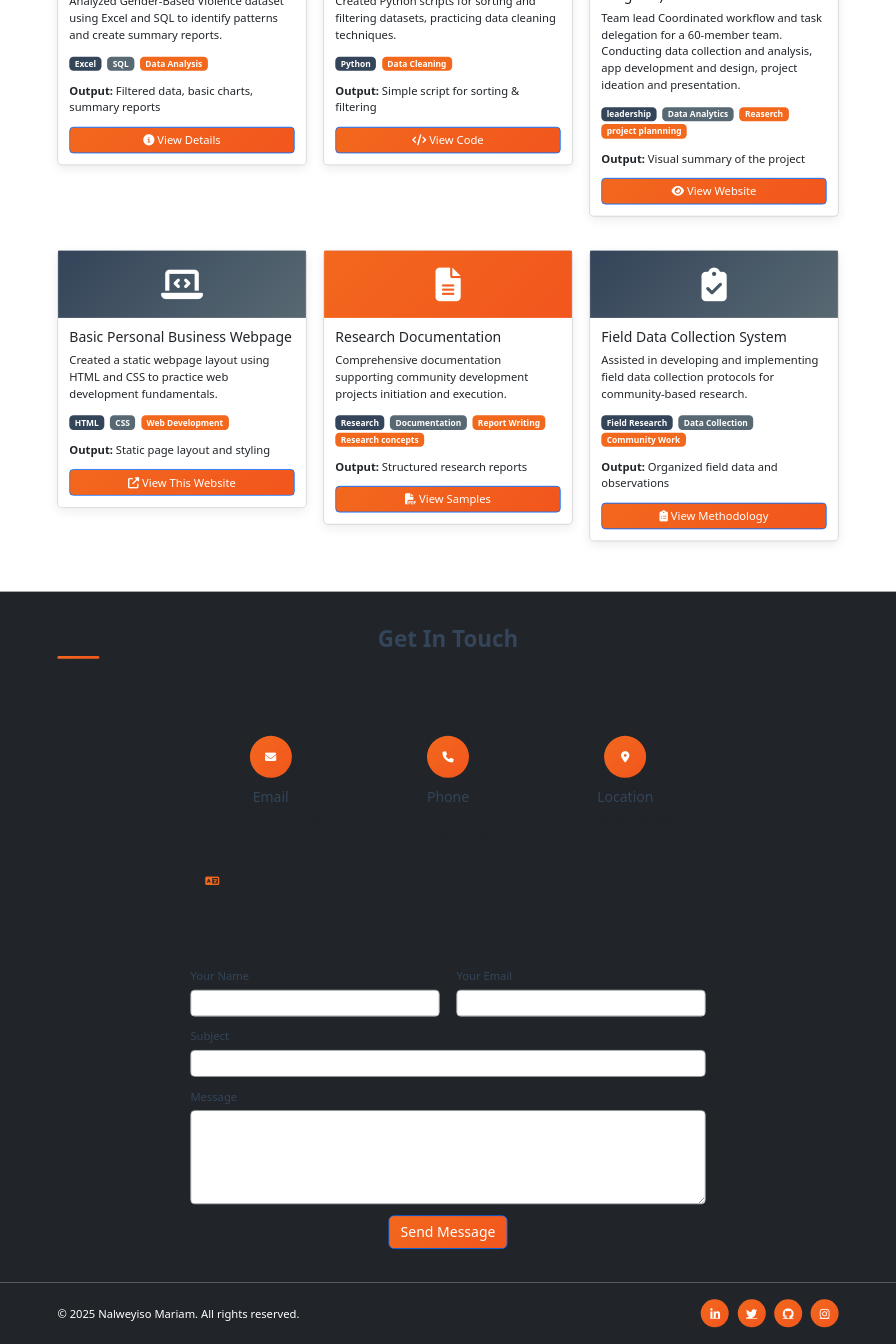
Repository: NalweMari/My-Personal-Portfolio
Page: index.html
The author's editor kept a copy of each file at every save. The page is drawn from the files as they stood at one save, then again after the next save.
The browser window is 1280 px wide. The pictures show the part of the page from y = 1803 to 3723 px (the page is 3723 px tall), at 70% of full size.
A picture or video elsewhere on the page could not be fetched, so the positions and the page height are approximate.

Above is the page before, as saved 2025-12-05 17:42:37.
Console error (its wording comes from the project's code and is left out).

After the next save:
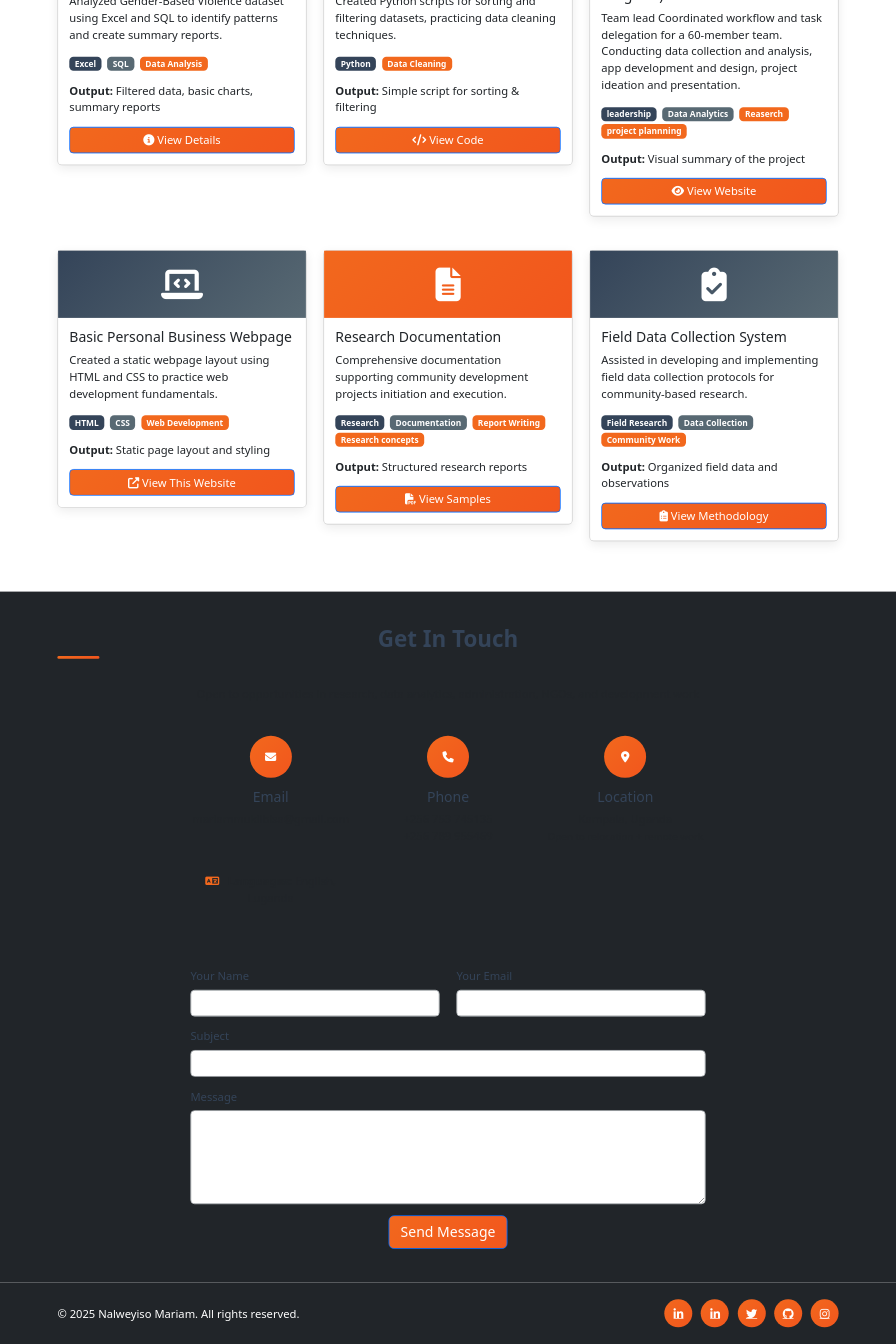
Saved 11 s later.
--- a/index.html
+++ b/index.html
@@ -406,6 +406,7 @@
                 <div class="col-md-6 text-center text-md-end">
                     <div class="mt-3 mt-md-0">
                         <a href="" class="social-icon me-2"><i class="fab fa-linkedin-in"></i></a>
+                        <a href="" class="social-icon me-2"><i class="fab fa-linkedin-in"></i></a>
                         <a href="#" class="social-icon me-2"><i class="fab fa-twitter"></i></a>
                         <a href="#" class="social-icon me-2"><i class="fab fa-github"></i></a>
                         <a href="#" class="social-icon"><i class="fab fa-instagram"></i></a>
